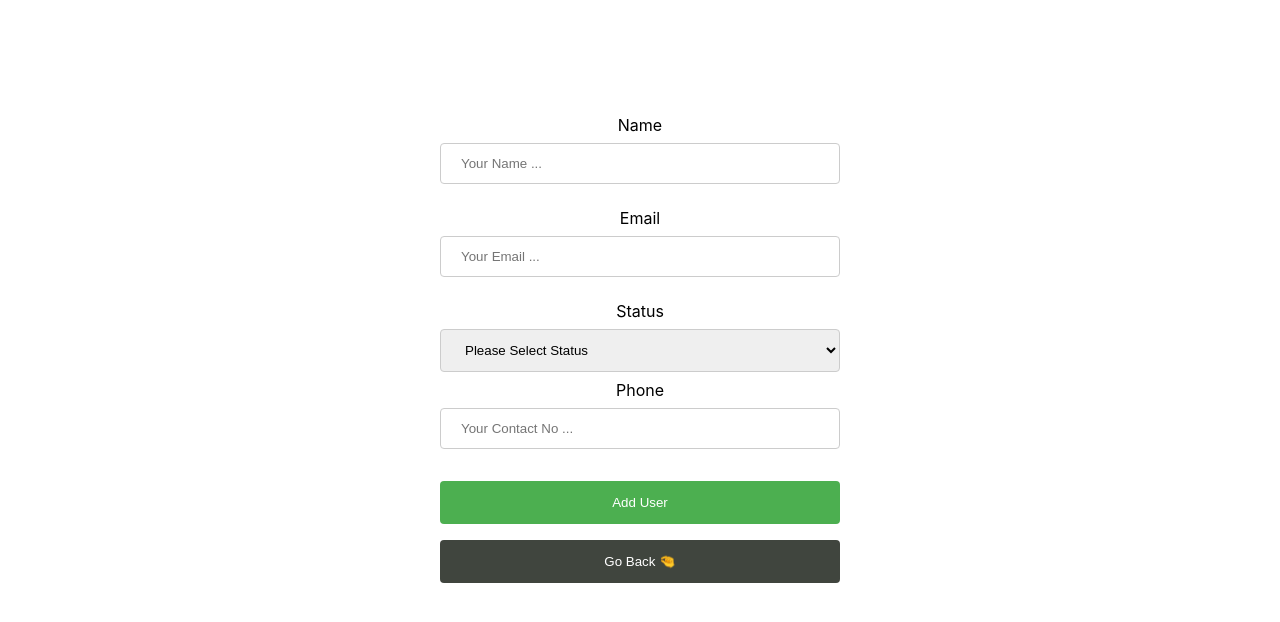
Repository: fdhhhdjd/Redux-Toolkit-CURD-Firebase
Page: /add
An editor plug-in stored every save of this project. The page is shown before and after the next save, followed by the edit.
The browser window is 1280 px wide. The pictures show the whole page.
The project was rebuilt for these pictures with package versions that can differ from the ones it lists, and the page was loaded fresh each time. Also part of the build but not shown: src/Styles/Home.css, src/Component/Moments.js, src/Component/Home.js, src/Styles/View.css, src/Component/View.js.

Above is the page before, as saved 2021-10-25 14:52:02.

### src/index.js
import React from "react";
import ReactDOM from "react-dom";
import "./index.css";
import App from "./App";
import store from "./Redux/Store";
import { Provider } from "react-redux";
import * as serviceWorker from "./serviceWorker";
import { ToastContextProvider } from "./ToastContext/ToastContext";

ReactDOM.render(
  <React.StrictMode>
    <Provider store={store}>
      <ToastContextProvider>
        <App />
      </ToastContextProvider>
    </Provider>
  </React.StrictMode>,
  document.getElementById("root")
);

// If you want your app to work offline and load faster, you can change
// unregister() to register() below. Note this comes with some pitfalls.
// Learn more about service workers: https://bit.ly/CRA-PWA
serviceWorker.unregister();

### src/App.js
import React from "react";
import "./App.css";
import { BrowserRouter, Switch, Route } from "react-router-dom";
import { ToastContainer } from "react-toastify";
import "react-toastify/dist/ReactToastify.css";
import { Home, View, AddEdit } from "./import/Index";
function App() {
  return (
    <>
      <BrowserRouter>
        <div className="App">
          <ToastContainer position="top-center" />
          <Switch>
            <Route exact path="/" component={Home} />
            <Route path="/add" component={AddEdit} />
            <Route path="/update/:id" component={AddEdit} />
            <Route path="/view/:id" component={View} />
          </Switch>
        </div>
      </BrowserRouter>
    </>
  );
}

export default App;

### src/Redux/Store.js
import { configureStore, createStore } from "@reduxjs/toolkit";
import logger from "redux-logger";
import thunk from "redux-thunk";
import { composeWithDevTools } from "redux-devtools-extension";
import ContactReducer from "./ContactSlice";
const middleware = [thunk];
if (process.env.NODE_ENV === "development") {
  middleware.push(logger);
}
const store = configureStore({
  reducer: {
    todos: ContactReducer,
    middleware: [logger],
  },
});

export default store;

### src/ToastContext/ToastContext.js
import React, { useState, createContext, useEffect, useRef } from "react";
export const ToastContext = createContext();
export const ToastContextProvider = ({ children }) => {
  const [list, setList] = useState([]);
  let toastProperties = null;
  const showToast = (type) => {
    switch (type) {
      case "success":
        toastProperties = {
          id: list.length + 1,
          title: "Success",
          icon: "fas fa-check-circle",
          description: "Add user Success 😊",
          backgroundColor: "toast--success",
        };
        break;
      case "danger":
        toastProperties = {
          id: list.length + 1,
          title: "Danger",
          description: "Thất bại",
          backgroundColor: "toast--error",
          button: "btn btn--danger",
          json: "fas fa-exclamation-triangle",
        };
        break;
      case "info":
        toastProperties = {
          id: list.length + 1,
          title: "Info",
          description: "Khá thành công",
          backgroundColor: "toast--info",
          json: "fas fa-info",
        };
        break;
      case "warning":
        toastProperties = {
          id: list.length + 1,
          title: "Warning",
          description: "Gần thất bại",
          backgroundColor: "toast--warning",
          json: "fas fa-radiation-alt",
        };
        break;
      default:
        toastProperties = [];
    }
    setList([...list, toastProperties]);
  };
  const data = { list, setList, showToast };

  return <ToastContext.Provider value={data}>{children}</ToastContext.Provider>;
};

### src/import/Index.js
export { default as Home } from "../Component/Home";
export { default as AddEdit } from "../Component/AddEdit";
export { default as View } from "../Component/View";

### src/Redux/ContactSlice.js
import { createSlice, createAsyncThunk } from "@reduxjs/toolkit";
import { v4 as uuidv4 } from "uuid";
import { nanoid } from "nanoid";
const initialState = {
  contacts: [
    {
      id: 1,
      name: "Nguyễn Tiến Tài",
      email: "nguyentientai10@gmai.com",
      phone: "0798805741",
      status: "Active",
    },
    {
      id: 2,
      name: "Nguyễn Hữu Quyền",
      email: "huuquyen2000@gmail.com",
      phone: "09658235656",
      status: "Inactive",
    },
    {
      id: 3,
      name: "Nguyễn Bảo Khang",
      email: "jbaokhangdesigner@gmail.com",
      phone: "0353263452",
      status: "Active",
    },
    {
      id: 4,
      name: "Bùi Huỳnh Quốc Trung	",
      email: "quoctrung@gmail.com",
      phone: "0348561815",
      status: "Inactive",
    },
    {
      id: 5,
      name: "Trần Phi Hoàng",
      email: "phihoang1@gmail.com",
      phone: "0936095986",
      status: "Active",
    },
  ],
  contact: {
    name: "",
    email: "",
    phone: "",
    status: "",
  },
  filter: "All",
};
const TodoSlice = createSlice({
  name: "todos",
  initialState,
  reducers: {
    getContact: (state, action) => {
      state.contact = state.contacts.find((item) => item.id == action.payload);
    },
    addContact: (state, action) => {
      const newData = { ...action.payload, id: uuidv4() };
      state.contacts = [...state.contacts, newData];
    },
    deleteContact: (state, action) => {
      state.contacts = state.contacts.filter(
        (item) => item.id !== action.payload
      );
    },
    updateContact: (state, action) => {
      state.contacts = state.contacts.map((item) =>
        item.id === action.payload.id ? action.payload : item
      );
    },
    setFilter: (state, action) => {
      state.filter = action.payload;
    },
  },
});
const ContactReducer = TodoSlice.reducer;
export const {
  addContact,
  deleteContact,
  getContact,
  updateContact,
  setFilter,
} = TodoSlice.actions;
export const GetTodo = (state) => state.todos;
export default ContactReducer;

### src/Component/AddEdit.js
import React, { useEffect, useState } from "react";
import {
  addContact,
  getContact,
  GetTodo,
  updateContact,
} from "../Redux/ContactSlice";
import "../Styles/AddEdit.css";
import { toast } from "react-toastify";
import { useDispatch, useSelector } from "react-redux";
import { Link, useHistory, useParams } from "react-router-dom";
import { useForm, Controller } from "react-hook-form";
const initialState = {
  name: "",
  email: "",
  phone: "",
  status: "",
};
const AddEdit = () => {
  const [state, setState] = useState(initialState);
  const dispatch = useDispatch();
  const history = useHistory();
  const { id } = useParams();
  const { name, email, phone, status } = state;
  const { contact } = useSelector(GetTodo);
  const {
    register,
    formState: { errors },
    handleSubmit,
    watch,
  } = useForm({
    mode: "all",
  });
  const handleSubmit1 = (e, data) => {
    if (!id) {
      dispatch(addContact(state), toast.success("Add user Success 😊"));
    } else {
      dispatch(updateContact(state), toast.success("Edit user Success 👌 "));
    }
    setTimeout(() => {
      history.push("/");
    }, 500);
    // }
  };
  const handleInputChange = (e) => {
    let { name, value } = e.target;
    setState({ ...state, [name]: value });
  };
  const handleDropdownChange = (e) => {
    const { name, value } = e.target;
    setState({ ...state, [name]: value });
  };
  useEffect(() => {
    dispatch(getContact(id));
    setState({ ...contact });
  }, [id, contact]);
  return (
    <>
      <div style={{ marginTop: "100px" }}>
        <form
          style={{
            margin: "auto",
            padding: "15px",
            maxWidth: "400px",
            alignContent: "center",
          }}
          onSubmit={handleSubmit(handleSubmit1)}
        >
          <label htmlFor="name">Name</label>
          <input
            type="text"
            id="name"
            placeholder="Your Name ..."
            value={name || ""}
            {...register("name", { required: true, maxLength: 20 })}
            name="name"
            onChange={handleInputChange}
          />
          <p style={{ color: "red" }}>
            {errors.name?.type === "required" && "Please Enter Name ?"}
            {errors?.name?.type === "maxLength" && (
              <p>First name cannot exceed 20 characters</p>
            )}
          </p>
          <label htmlFor="email">Email</label>
          <input
            type="email"
            id="email"
            value={email || ""}
            placeholder="Your Email ..."
            {...register("email", {
              required: true,
              pattern: /^\S+@\S+$/i,
            })}
            name="email"
            onChange={handleInputChange}
          />
          <p style={{ color: "red" }}>
            {errors.email?.type === "required" && "Please Enter Email "}
            {errors?.email?.type === "pattern" && "Email Invalid"}
          </p>

          <label htmlFor="status">Status</label>
          <select
            className="dropdown"
            name="status"
            onChange={handleDropdownChange}
          >
            <option>Please Select Status</option>
            <option value="Active" selected={status === "Active" ? status : ""}>
              Active
            </option>
            <option
              value="Inactive"
              selected={status === "Inactive" ? status : ""}
            >
              Inactive
            </option>
          </select>
          <label htmlFor="phone">Phone</label>
          <input
            type="text"
            id="phone"
            name="phone"
            placeholder="Your Contact No ..."
            {...register("phone", { required: true, min: 9, max: 99 })}
            value={phone || ""}
            onChange={handleInputChange}
          />
          <p style={{ color: "red" }}>
            {errors.phone?.type === "required" && "First name is required"}
          </p>
          {id ? (
            <input type="submit" value="Edit User" />
          ) : (
            <input type="submit" value="Add User" />
          )}
          <Link to="/">
            <input type="button" value="Go Back 🤏" />
          </Link>
        </form>
      </div>
    </>
  );
};

export default AddEdit;

### src/Styles/AddEdit.css
input[type="text"],
input[type="email"],
input[type="number"],
select {
  width: 100%;
  padding: 12px 20px;
  margin: 8px 0;
  display: inline-block;
  border: 1px solid #ccc;
  border-radius: 4px;
  box-sizing: border-box;
}

input[type="submit"] {
  width: 100%;
  background-color: #4caf50;
  color: white;
  padding: 14px 20px;
  margin: 8px 0;
  border: none;
  border-radius: 4px;
  cursor: pointer;
}

input[type="button"] {
  width: 100%;
  background-color: #40453e;
  color: white;
  padding: 14px 20px;
  margin: 8px 0;
  border: none;
  border-radius: 4px;
  cursor: pointer;
}

input[type="submit"]:hover {
  background-color: #45a049;
}

.dropdown {
  width: 100%;
}

Loaded but not shown: public/index.html (common file); src/index.css (common file); src/serviceWorker.js (common file); src/App.css (common file)

After the next save:
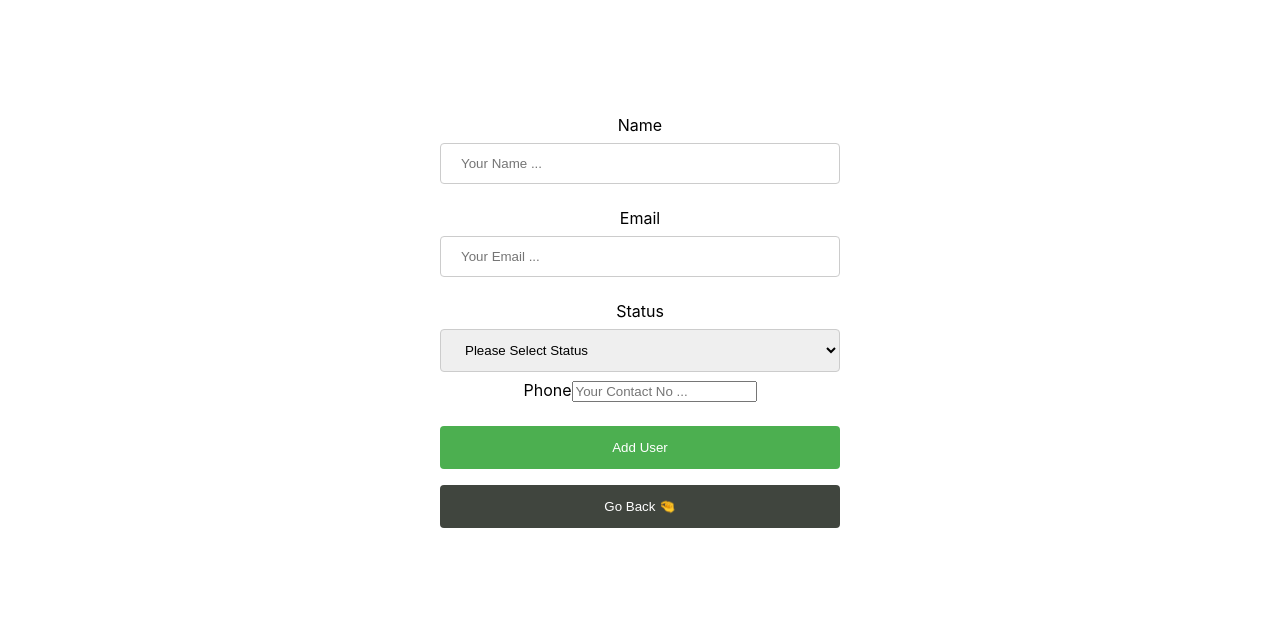
Saved 16 s later.
--- a/src/Component/AddEdit.js
+++ b/src/Component/AddEdit.js
@@ -119,7 +119,7 @@
           </select>
           <label htmlFor="phone">Phone</label>
           <input
-            type="text"
+            type="phone"
             id="phone"
             name="phone"
             placeholder="Your Contact No ..."

After the 3 saves that followed:
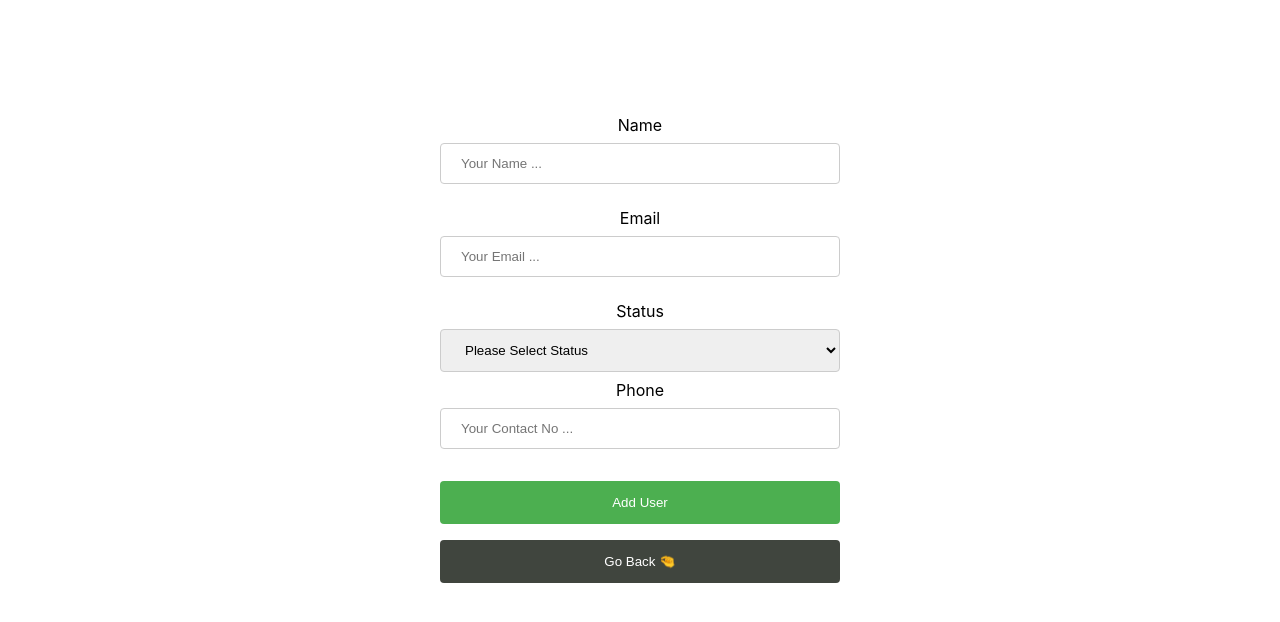
The 3 saves are shown as one change because 2 left the picture as it was.
The last was saved 65 s later.
--- a/src/Component/AddEdit.js
+++ b/src/Component/AddEdit.js
@@ -119,11 +119,11 @@
           </select>
           <label htmlFor="phone">Phone</label>
           <input
-            type="phone"
+            type="text"
             id="phone"
             name="phone"
             placeholder="Your Contact No ..."
-            {...register("phone", { required: true, min: 9, max: 99 })}
+            {...register("phone", { required: true, min: 1, max: 99 })}
             value={phone || ""}
             onChange={handleInputChange}
           />
